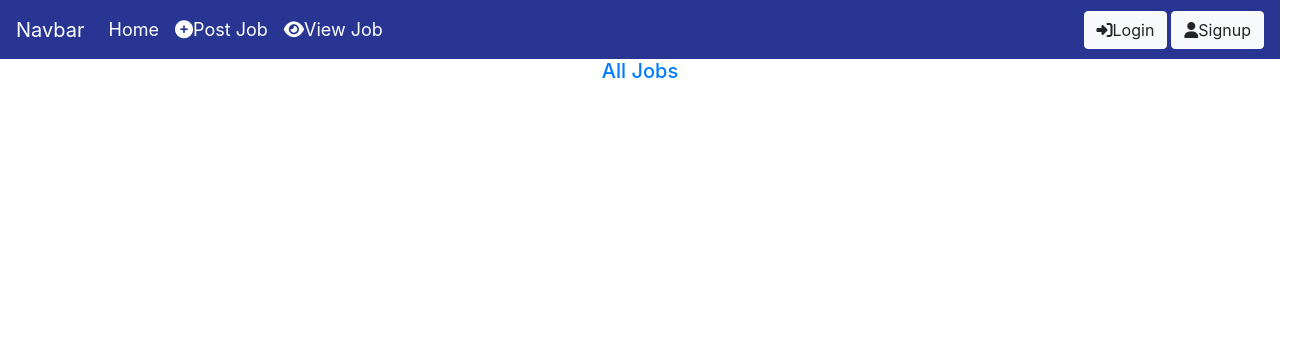
Repository: Pankaj08072001/Adv_Java
Page: http://localhost/06_Job_portal_Project/view_jobs.jsp
These files come from the project's save history. The page is drawn as it stood at one moment and after the next save; the edit follows.
The browser window is 1280 px wide. The page is 1295 px wide, so the pictures cover 1295 px, including what lies to the right of the window. The pictures show the whole page.
Some web libraries are served in a nearby version. The page is served by Tomcat 9. Other server files are loaded and not shown.

Above is the page before, as saved 2025-03-13 21:19:58.

### 06_Job_portal_Project/src/main/webapp/view_jobs.jsp
<%@ page language="java" contentType="text/html; charset=UTF-8"
	pageEncoding="UTF-8"%>
<!DOCTYPE html>
<html>
<head>
<meta charset="UTF-8">
<title>View_jobs</title>
<%@include file="All_component/All_css.jsp"%>
</head>
<body>
	<%@include file="All_component/Navbar.jsp"%>

	<div class="Container">

		<div class="row">
			<div class="col-md-12">
				<h5 class="text-center text-primary">All Jobs</h5>

			</div>
		</div>
	</div>


</body>
</html>

### 06_Job_portal_Project/src/main/webapp/All_component/All_css.jsp
<link rel="stylesheet"
	href="https://cdn.jsdelivr.net/npm/bootstrap@4.0.0/dist/css/bootstrap.min.css"
	integrity="sha384-Gn5384xqQ1aoWXA+058RXPxPg6fy4IWvTNh0E263XmFcJlSAwiGgFAW/dAiS6JXm"
	crossorigin="anonymous">


<script src="https://code.jquery.com/jquery-3.2.1.slim.min.js"
	integrity="sha384-KJ3o2DKtIkvYIK3UENzmM7KCkRr/rE9/Qpg6aAZGJwFDMVNA/GpGFF93hXpG5KkN"
	crossorigin="anonymous"></script>
<script
	src="https://cdn.jsdelivr.net/npm/popper.js@1.12.9/dist/umd/popper.min.js"
	integrity="sha384-ApNbgh9B+Y1QKtv3Rn7W3mgPxhU9K/ScQsAP7hUibX39j7fakFPskvXusvfa0b4Q"
	crossorigin="anonymous"></script>
<script
	src="https://cdn.jsdelivr.net/npm/bootstrap@4.0.0/dist/js/bootstrap.min.js"
	integrity="sha384-JZR6Spejh4U02d8jOt6vLEHfe/JQGiRRSQQxSfFWpi1MquVdAyjUar5+76PVCmYl"
	crossorigin="anonymous"></script>

<link rel="stylesheet"
	href="https://cdnjs.cloudflare.com/ajax/libs/font-awesome/6.7.2/css/all.min.css"
	integrity="sha512-Evv84Mr4kqVGRNSgIGL/F/aIDqQb7xQ2vcrdIwxfjThSH8CSR7PBEakCr51Ck+w+/U6swU2Im1vVX0SVk9ABhg=="
	crossorigin="anonymous" referrerpolicy="no-referrer" />

	<link rel="Stylesheet" href ="All_component/Style.css" >

### 06_Job_portal_Project/src/main/webapp/All_component/Navbar.jsp
<nav class="navbar navbar-expand-lg navbar-dark bg-custom">
	<a class="navbar-brand" href="#">Navbar</a>
	<button class="navbar-toggler" type="button" data-toggle="collapse"
		data-target="#navbarSupportedContent"
		aria-controls="navbarSupportedContent" aria-expanded="false"
		aria-label="Toggle navigation">
		<span class="navbar-toggler-icon"></span>
	</button>

	<div class="collapse navbar-collapse" id="navbarSupportedContent">
		<ul class="navbar-nav mr-auto">
			<li class="nav-item active"><a class="nav-link" href="#">Home
					<span class="sr-only">(current)</span>
			</a></li>
			<li class="nav-item"><a class="nav-link" href="add_job.jsp"><i class="fas fa-plus-circle"></i>Post Job</a></li>
			<li class="nav-item"><a class="nav-link" href="#"><i class="fas fa-eye"></i>View Job</a></li>

		</ul>
		<form class="form-inline my-2 my-lg-0">
			<a href="login.jsp" class="btn btn-light mr-1"> <i class="fas fa-sign-in-alt"></i>Login</a>
			<a href ="Signup.jsp" class="btn btn-light"><i class="fas fa-user"></i>Signup</a>
		</form>
	</div>
</nav>

### 06_Job_portal_Project/src/main/webapp/All_component/Style.css
body{
	padding : 0;
	margin:0;
}

.bg-custom{
	background : #283593 !important;

}
.navbar .nav-item .nav-link{
	font-size: 18px;
	color : white;
}
.navbar .nav-item:hover .nav-link{
	background : white ;
	color : black;
	border-radius: 10px;
}

After the next save:
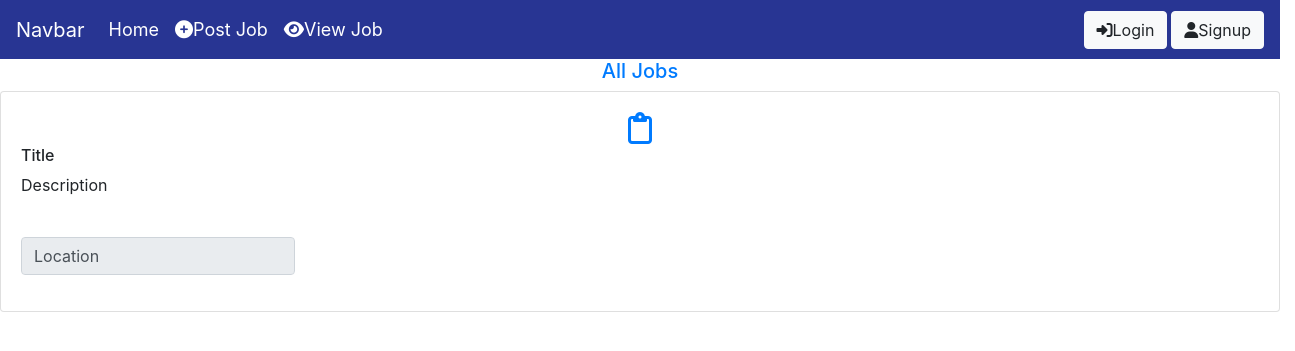
Saved 8 min 0 s later.
--- a/06_Job_portal_Project/src/main/webapp/view_jobs.jsp
+++ b/06_Job_portal_Project/src/main/webapp/view_jobs.jsp
@@ -15,6 +15,24 @@
 		<div class="row">
 			<div class="col-md-12">
 				<h5 class="text-center text-primary">All Jobs</h5>
+				<div class="card mt-2">
+					<div class="card-body">
+						<div class="text-center text-primary">
+							<i class="far fa-clipboard fa-2x"></i>
+						</div>
+						<h6>Title</h6>
+						<p>Description</p><br>
+						<div class="form-row">
+						<div class="form-group col-md3">
+						<input type="text" class=" form-control form-contorl-sm" value="Location" readonly>
+
+						</div>
+
+						</div>
+
+					</div>
+
+				</div>
 
 			</div>
 		</div>
